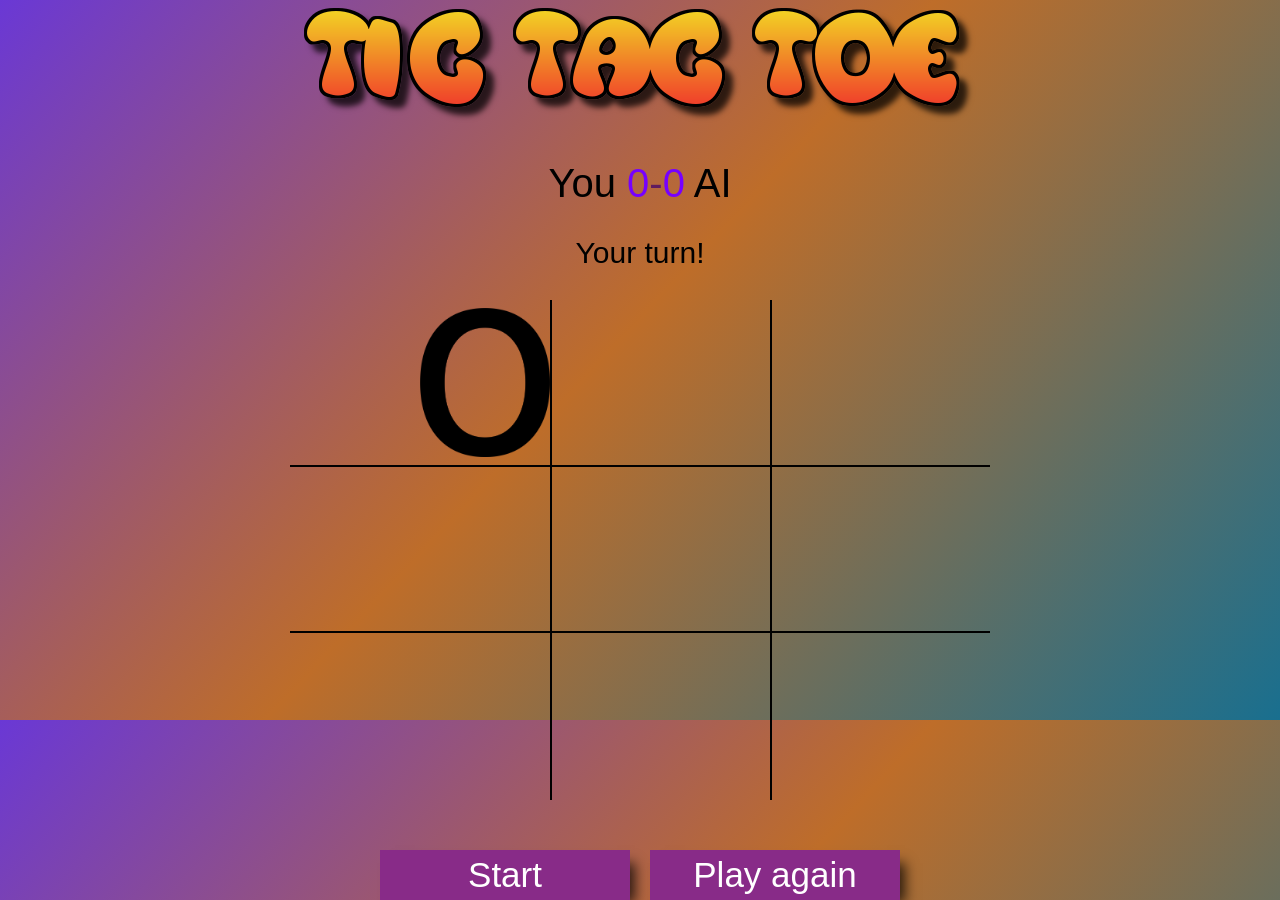
Repository: malx9/Project--5---Tic-Tac-Toe-with-AI
Page: index.html
These files come from the project's save history. The page is drawn as it stood at one moment and after the next save; the edit follows.
The browser window is 1280 px wide. The pictures show the whole page.
Some web fonts or font styles are not loaded; a fallback is used.

Above is the page before, as saved 2023-12-25 18:24:19.

After the next save:
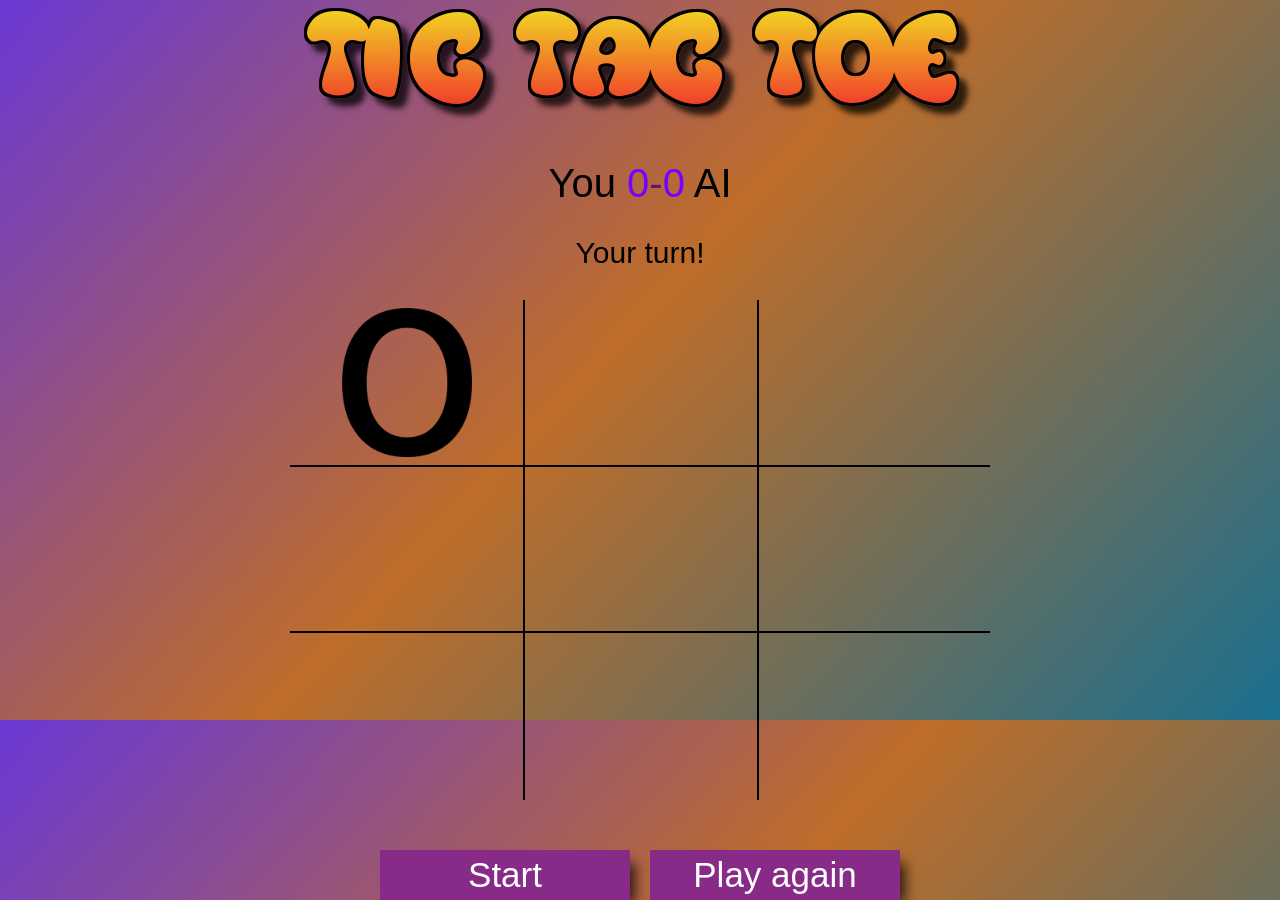
Saved 8 s later.
--- a/index.html
+++ b/index.html
@@ -27,7 +27,7 @@
       </div>
       <div class="game--board">
         <div class="square square-1">
-          <img class="x--shape" src="images/x.png" />
+          <!-- <img class="x--shape" src="images/x.png" /> -->
           <img class="o--shape" src="images/o.png" />
         </div>
         <div class="square square-2"></div>

After the save that followed:
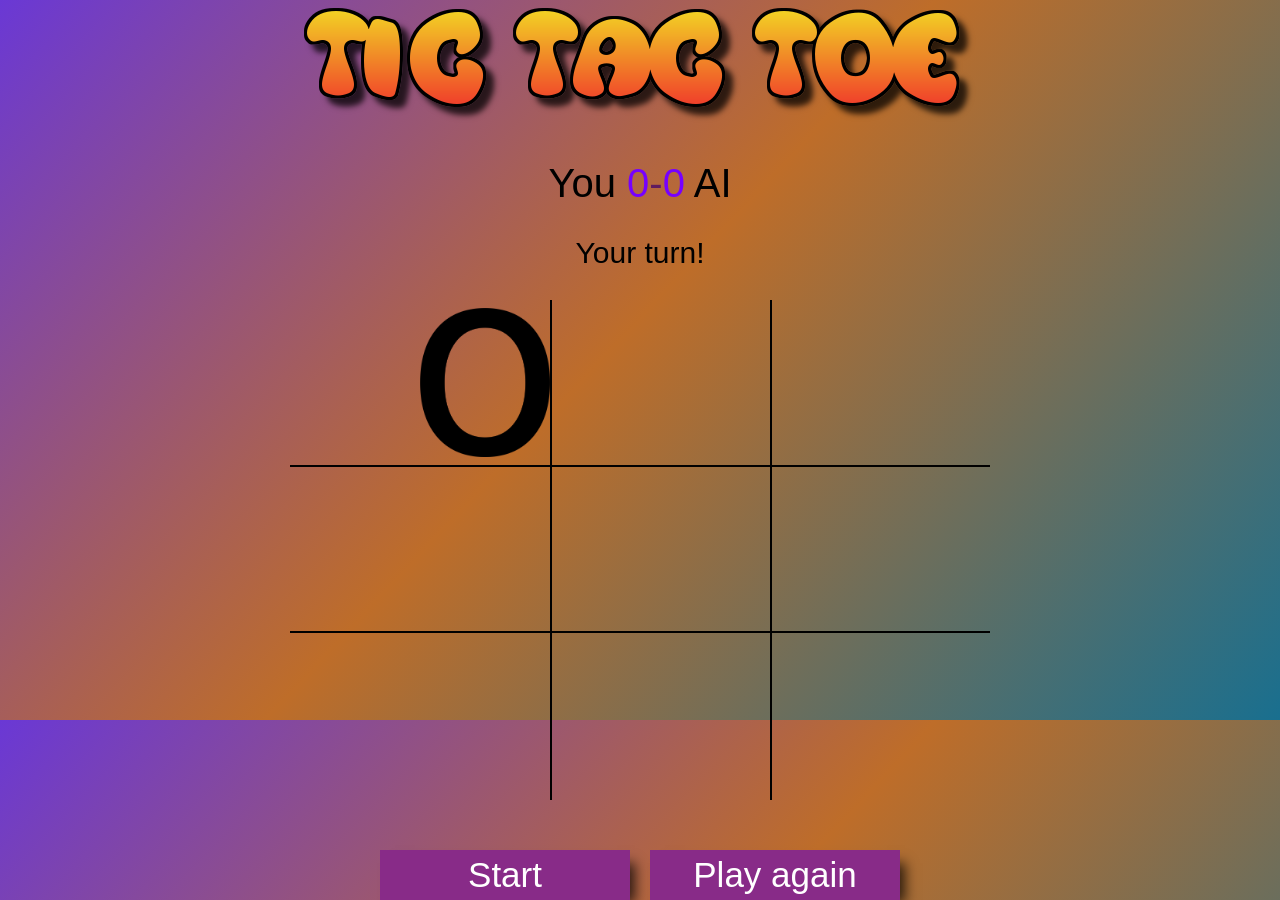
Saved 16 s later.
--- a/index.html
+++ b/index.html
@@ -27,7 +27,7 @@
       </div>
       <div class="game--board">
         <div class="square square-1">
-          <!-- <img class="x--shape" src="images/x.png" /> -->
+          <img class="x--shape" src="images/x.png" />
           <img class="o--shape" src="images/o.png" />
         </div>
         <div class="square square-2"></div>
